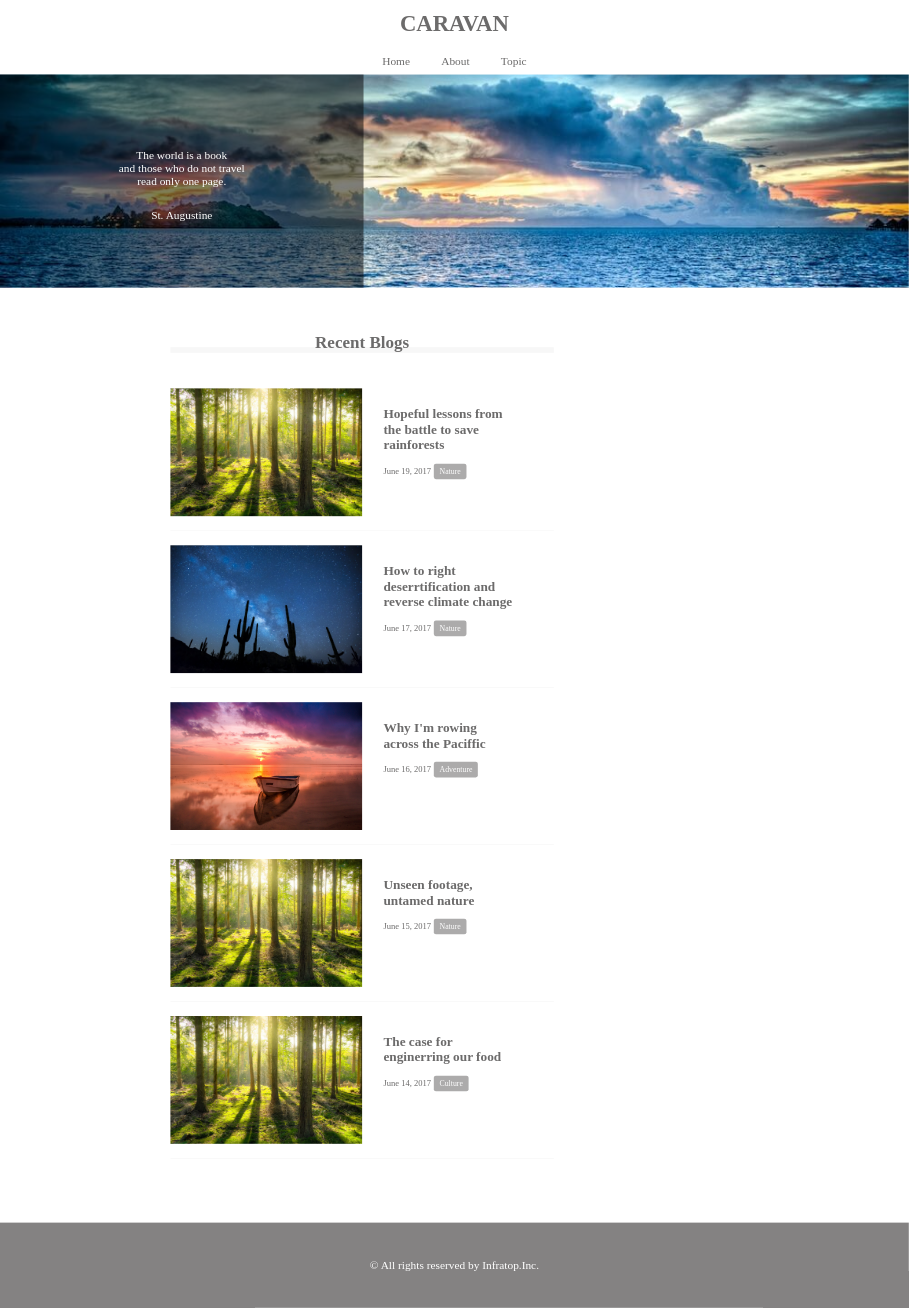
Repository: RAM-OK/git-practice
Page: caravan/index.html
The author's editor kept a record of every edit. The page is drawn from the files as they stood at one moment, then again after the next edit.
The browser window is 1280 px wide. The pictures show the whole page, at 71% of full size.

Above is the page before.

After the next edit:
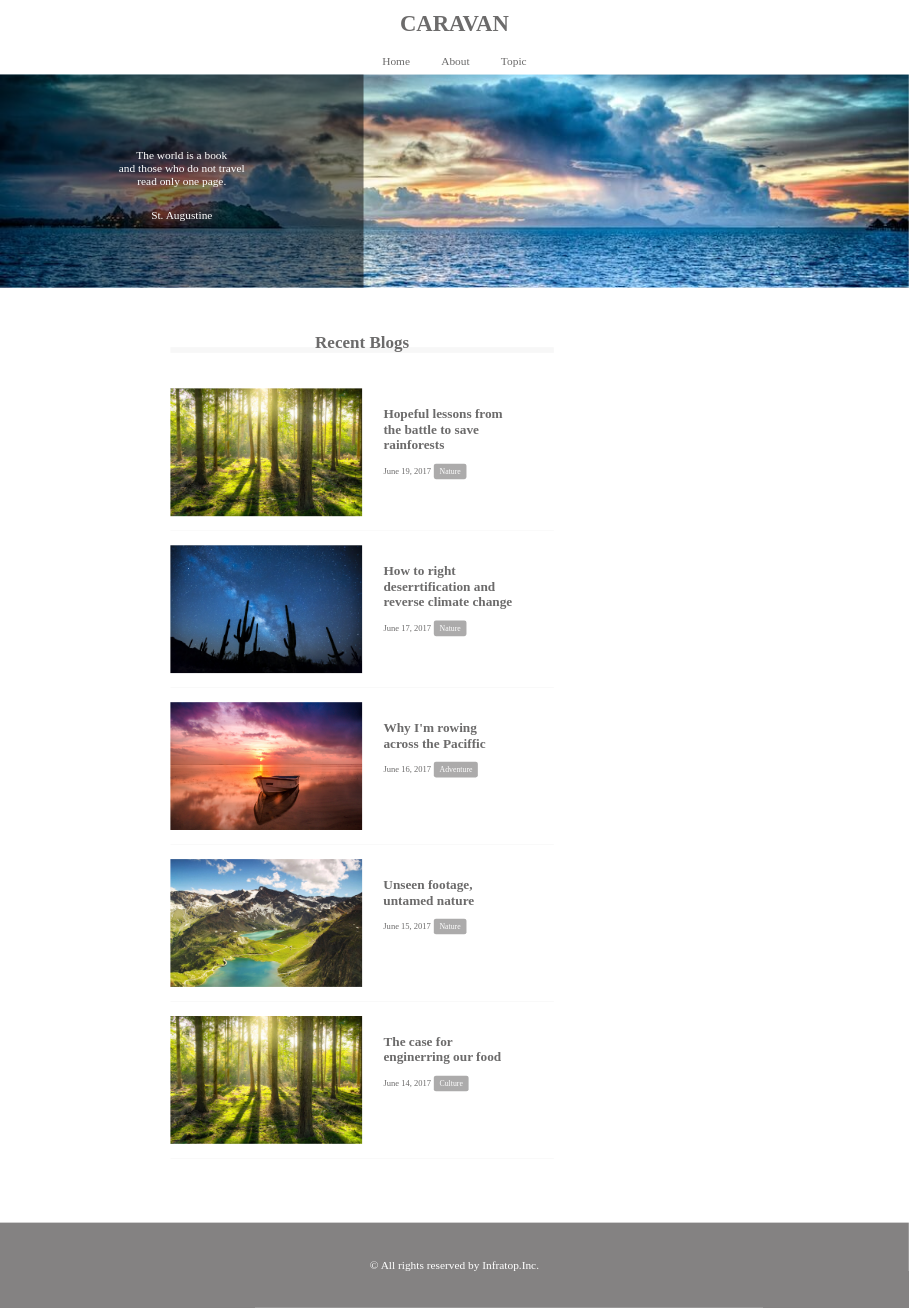
The edit:
--- a/caravan/index.html
+++ b/caravan/index.html
@@ -89,7 +89,7 @@
           </section>
         </div>
         <div class="blog-item">
-          <img class="blog-image" src="img/forest.jpg">
+          <img class="blog-image" src="img/italy.jpg">
           <section class="blog-text">
             <h3 class="blog-text-heading">
               <a href="single.html">
